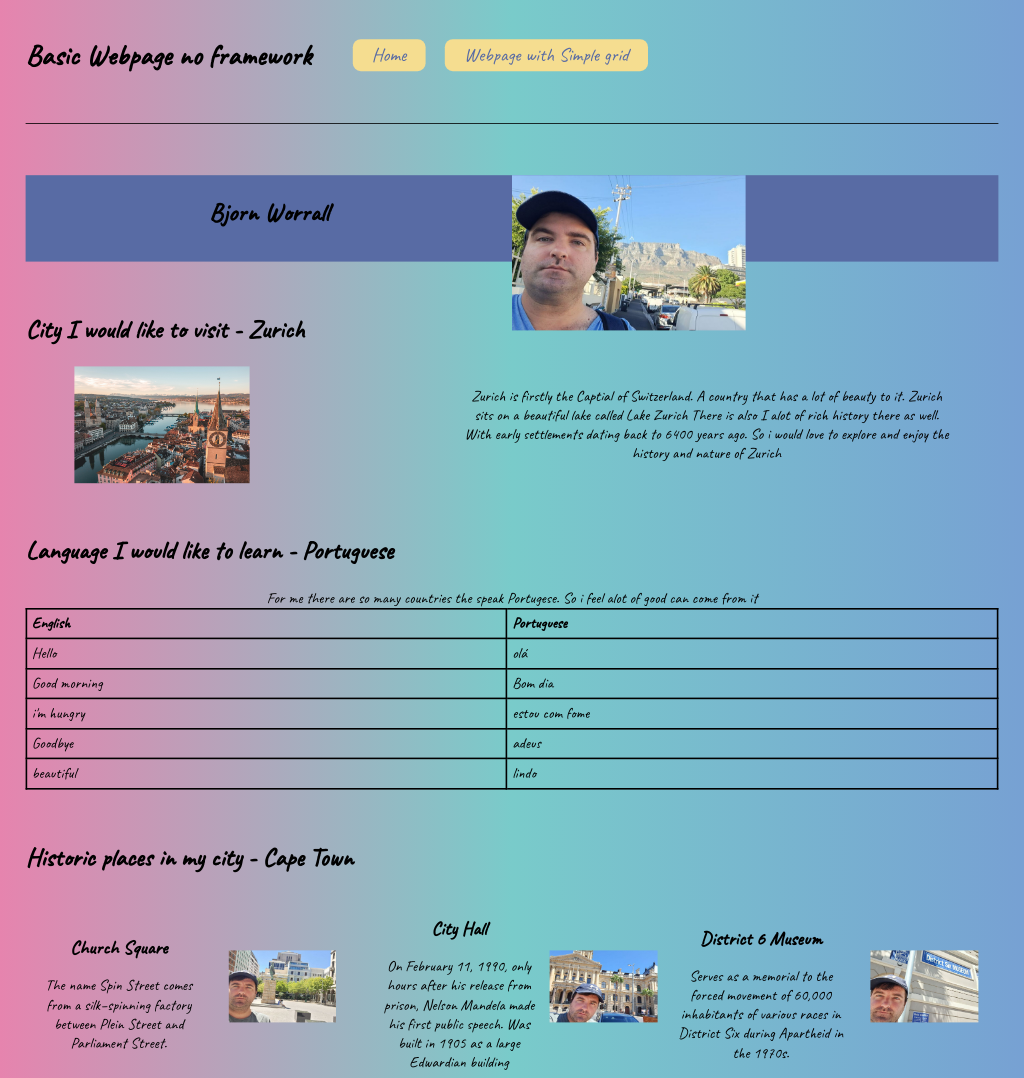
Repository: lasity34/basic-webpage
Page: my - webpage.html
The author's editor kept a copy of each file at every save. The page is drawn from the files as they stood at one save, then again after the next save.
The browser window is 1280 px wide. The pictures show the whole page, at 80% of full size.

Above is the page before, as saved 2023-03-09 09:38:49.

### my - webpage.html
<!DOCTYPE html>
<html lang="en">
  <link rel="stylesheet" type="text/css" href="styles.css" />
  <link rel="preconnect" href="https://fonts.googleapis.com" />
  <link rel="preconnect" href="https://fonts.gstatic.com" crossorigin />
  <link
    href="https://fonts.googleapis.com/css2?family=Caveat&display=swap"
    rel="stylesheet"
  />

  <head>
    <meta charset="UTF-8" />
    <meta http-equiv="X-UA-Compatible" content="IE=edge" />
    <meta name="viewport" content="width=device-width, initial-scale=1.0" />
    <title>Basic website</title>
  </head>
  <body>
    <main>
      <header>
        <nav id="nav_profile">
          <h2>Basic Webpage no framework</h2>
          <ul>
            <li><a href="./index.html">Home</a></li>
            <li><a href="./my - webpage - grid.html">Webpage with Simple grid</a></li>
          </ul>
        </nav>
      </header>
      <section id="profile_section">
        <h1 id="profile_name">Bjorn Worrall</h1>
          <img
            id="profile_img"
            src="./images/profile.jpg"
            alt="A picture of me with table Mountain at the back"
          />
      </section>
      <section id="city_section">
        <h1>City I would like to visit - Zurich</h1>
        <div id="city_container">
          <img src="./images/zurich.jpg" width="60%" />
          <p>
            Zurich is firstly the Captial of Switzerland. A country that has a lot
            of beauty to it. Zurich sits on a beautiful lake called Lake Zurich
            There is also I alot of rich history there as well. With early
            settlements dating back to 6400 years ago. So i would love to explore
            and enjoy the history and nature of Zurich
          </div>
          </p>
      </section>
      <section id="language">
        <h1>Language I would like to learn - Portuguese</h1>
        <p>
          For me there are so many countries the speak Portugese. So i feel alot
          of good can come from it
        </p>

        <table>
          <tr>
            <th>English</th>
            <th>Portuguese</th>
          </tr>
          <tr>
            <td>Hello</td>
            <td>olá</td>
          </tr>
          <tr>
            <td>Good morning</td>
            <td>Bom dia</td>
          </tr>
          <tr>
            <td>i'm hungry</td>
            <td>estou com fome</td>
          </tr>
          <tr>
            <td>Goodbye</td>
            <td>adeus</td>
          </tr>
          <tr>
            <td>beautiful</td>
            <td>lindo</td>
          </tr>
        </table>
      </section>
      <section id="historic_places">
        <h1>Historic places in my city - Cape Town</h1>
        <div id="places_grid">
          <div class="places_container">
            <div class="places_info">
              <h2>Church Square</h2>
              <p>
                The name Spin Street comes from a silk–spinning factory between
                Plein Street and Parliament Street.
              </p>
            </div>
            <img src="./images/church_square.jpg" />
          </div>
          <div class="places_container">
            <img src="./images/city_hall.jpg" />
            <div id="places_info_hall">
              <h2>City Hall</h2>

              <p>
                On February 11, 1990, only hours after his release from prison,
                Nelson Mandela made his first public speech. Was built in 1905
                as a large Edwardian building
              </p>
            </div>
          </div>
          <div class="places_container">
            <div class="places_info">
              <h2>District 6 Museum</h2>
              <p>
                Serves as a memorial to the forced movement of 60,000
                inhabitants of various races in District Six during Apartheid in
                the 1970s.
              </p>
            </div>
            <img src="./images/district_6.jpg" />
          </div>
        </div>
      </section>
    </main>
  </body>
</html>

### styles.css
/* global */

* {
  font-family: "Caveat", "Arial Narrow", Arial, sans-serif;
}

body,
html {
  width: 100%;
  height: 100%;
  margin: 0;
  background: #77a1d3; /* fallback for old browsers */
  background: -webkit-linear-gradient(
    to right,
    #e684ae,
    #79cbca,
    #77a1d3
  ); /* Chrome 10-25, Safari 5.1-6 */
  background: linear-gradient(
    to right,
    #e684ae,
    #79cbca,
    #77a1d3
  ); /* W3C, IE 10+/ Edge, Firefox 16+, Chrome 26+, Opera 12+, Safari 7+ */
  padding: 0;
}

main {
  max-width: 95%;
  margin: 1rem auto;
}

header {
  border-bottom: 1px solid black;
  padding-bottom: 2em;
}

ul {
  width: 60%;
}

li {
  list-style: none;
}

a {
  text-decoration: none;
  background-color: #f5dd90;
  color: #586ba4;
  width: 100%;
  padding: 0.2em 1em;
  margin: 1em 0.5em;
  border-radius: 10px;

}

p {
  font-size: 1.2rem;
}

h1 {
  font-size: 2rem;
}

h2 {
  text-align: center;
}

section {
  margin-top: 4rem;
  text-align: center;
}

/* Nav Bar */



#nav_profile ul,
#nav_profile {
  display: flex;
  align-items: center;

}

#nav_profile a {
  font-size: 1.5rem;
}


/* profile */

#profile_name {
  font-size: 2rem;
  text-align: center;

}

#img_container {
  text-align: center;
}

#profile_img {
  width: 60%;
}

/* language */

table {
  margin: auto;
  border-collapse: collapse;
  border-spacing: 0;
}

td,
th {
  border: 2px solid black;
  padding: 0.3em;
  width: 1%;
  text-align: left;
  font-size: 1.2rem;
}

/* historic places */

.places_container {
  display: grid;
  grid-template-columns: 40% 50%;
  padding: 0.5em;
  justify-content: space-around;
  align-items: center;
}

.places_info {
  padding-right: 1.5em;
  text-align: center;
}

#places_info_hall {
  padding-left: 1.5em;
}

.places_container img {
  width: 100%;
  margin: auto;
}


/* max-width 567px */

@media (max-width: 567px) {
  .places_container {
    display: flex;
    flex-direction: column;
    margin: 0.5em 0;
    padding: 0 0.5em;
    border-top: 1px black solid;
  }

  .places_container img {
    width: 65%;
  }

  #places_info_hall {
    order: -1;
    padding-left: 0;
  }

  .places_info,
  #places_info_hall {
    margin-bottom: 2em;
  }

  p {
    font-size: 1.2rem;
  }
}

@media (max-width: 719px) {
  #nav_profile {
    display: block;
  }

  #nav_profile ul {
    display: block;
    margin: 0 auto;
  }

  #nav_profile li {
    margin-top: 1em;
    text-align: center;
  }



  #nav_profile h4 {
    text-align: center;
  }
}

/* min-width 1010px */

@media (min-width: 1010px) {
  main {
    max-width: 95%;
  }

  #nav_profile   {
    font-size: 1.5rem;

  }

  #profile_section {
    display: grid;
    grid-template-columns: 50% 40%;
    background-color: #586ba4;
    height: 15vh;
  }

  #profile_section h1 {
    align-items: center;
  }

  h1 {
    text-align: left;
  }

  p,
  .places_info,
  #places_info_hall {
    margin: auto 0;
  }

  #city_container {
    display: grid;
    justify-content: space-around;
    grid-template-columns: 30% 50%;
  }

  #places_grid {
    display: grid;
    grid-template-columns: 33% 33% 33%;
  }

  #places_info_hall {
    order: -1;
  }

  .places_container {
    grid-template-columns: 60% 35%;
  }
}

/* landing page */

#landing_title {
  text-align: center;
  color: rgb(111, 65, 8);
  font-size: 3rem;
  background-color: rgba(255, 255, 255, 0.2);
}

#nav_landing {
  height: 80vh;
  display: flex;
  justify-content: space-around;
  align-items: center;
}

#nav_landing ul {
  display: flex;
  justify-content: space-around;
  align-content: center;
  height: 13vh;
}

a:hover {
  background-color: black;
  color: green;
}

a:hover {
  color: green;
}

#whole_body {
  background-color: rgba(18, 16, 16, 1);
  background-image: url(./images/landing.jpg);
  background-size: cover;
  background-repeat: no-repeat;
  background-position: center center;
  margin: 0;
}

After the next save:
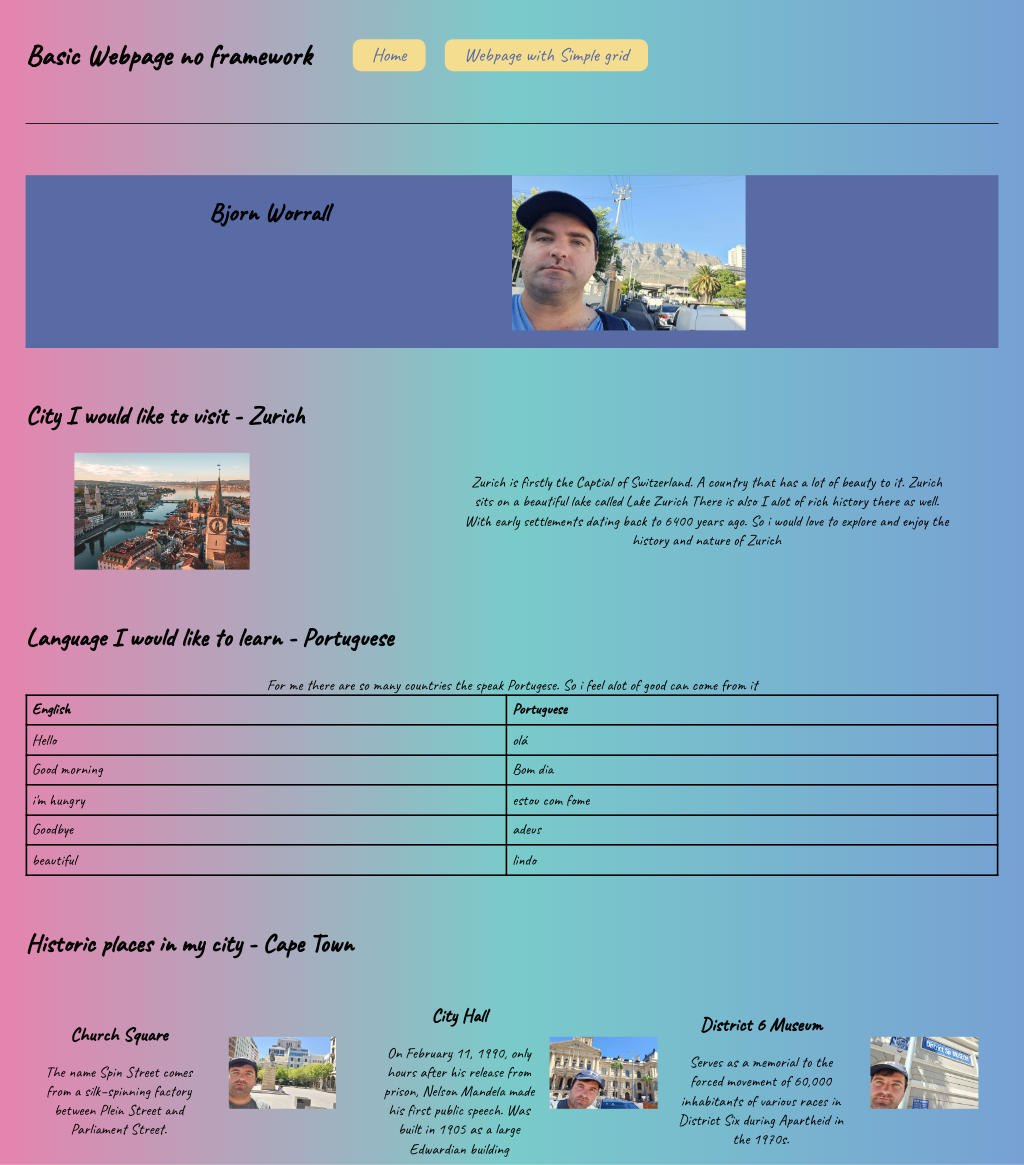
Saved 9 s later.
--- a/styles.css
+++ b/styles.css
@@ -213,7 +213,7 @@ th {
     display: grid;
     grid-template-columns: 50% 40%;
     background-color: #586ba4;
-    height: 15vh;
+    height: 30vh;
   }
 
   #profile_section h1 {
